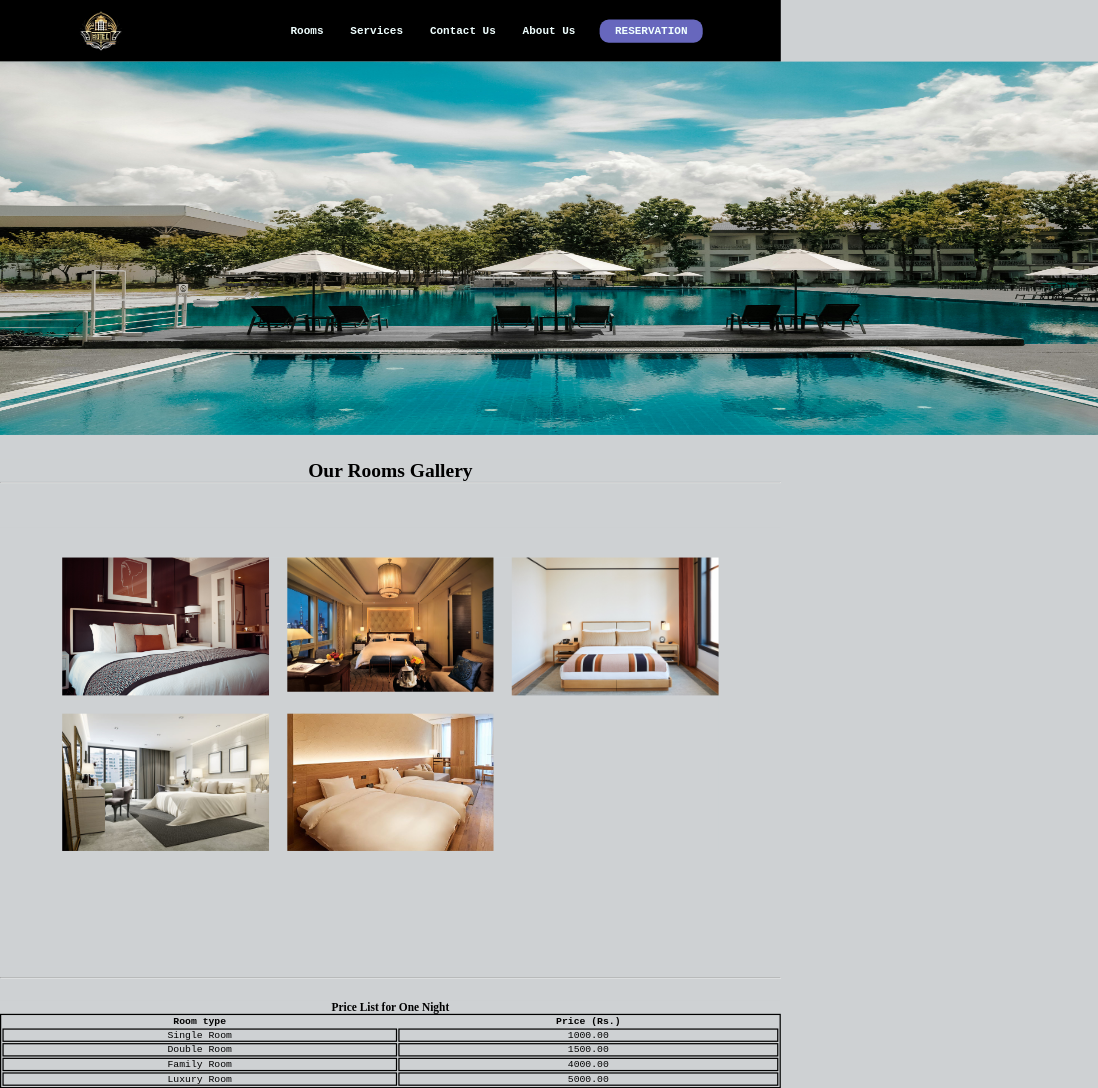
Repository: DhananjayaLakshan/Uom-Web_Design_For_Beginners
Page: Final Assignment/index.html
The author's editor kept a copy of each file at every save. The page is drawn from the files as they stood at one save, then again after the next save.
The browser window is 1280 px wide. The page is 1800 px wide, so the pictures cover 1800 px, including what lies to the right of the window. The pictures show the whole page, at 61% of full size.

Above is the page before, as saved 2023-11-29 14:58:29.

### Final Assignment/index.html
<!DOCTYPE html>
<html lang="en">

<head>
    <meta charset="UTF-8">
    <meta name="viewport" content="width=device-width, initial-scale=1.0">
    <title>Ceylon Hotel</title>

    <link rel="stylesheet" href="style.css">
    <script src="script.js"></script>
</head>

<body>

    <header>
        <img class="logo" src="img/logo.png" alt="logo">

        <nav>
            <ul class="navBar">
                <li>
                    <a href="#"> Rooms</a>
                </li>

                <li>
                    <a href="#"> Services</a>
                </li>

                <li>
                    <a href="#"> Contact Us</a>
                </li>

                <li>
                    <a href="#"> About Us</a>
                </li>
            </ul>
        </nav>

        <a class="button" href="#"> <button>RESERVATION</button> </a>
    </header>

    <img class="coverImg" src="img/hotel-cover.jpg" alt="cover">

    <br><br><br>

    <h1 style="text-align: center;">Our Rooms Gallery</h1>
    <hr><br><br><br><br>

    <div class="container">

        <div class="gallery">
            <img src="img/room1.jpeg" alt="room1">
            <img src="img/room2.jpg" alt="room2">
            <img src="img/room3.jpg" alt="room3">
            <img src="img/room4.jpg" alt="room4">
            <img src="img/room5.jpg" alt="room5">
        </div>

    </div>
    <br>
    <hr><br><br>

    <h3 style="text-align: center;">Price List for One Night</h3>

    <table>

        <tr>
            <th>Room type</th>
            <th>Price (Rs.)</th>
        </tr>

        <tr>
            <td>Single Room</td>
            <td>1000.00</td>

        </tr>

        <tr>
            <td>Double Room</td>
            <td>1500.00</td>

        </tr>

        <tr>
            <td>Family Room</td>
            <td>4000.00</td>
        </tr>


        <tr>
            <td>Luxury Room</td>
            <td>5000.00</td>
        </tr>

    </table>



</body>

</html>

### Final Assignment/style.css
*{
    box-sizing: border-box;
    padding: 0;
    margin: 0;
    background-color: rgb(206, 209, 211);
}

li,a, button{
    font-family: 'Courier New', Courier, monospace;
    font-weight: 600;
    font-size: 18px;
    text-decoration: none;
    color: azure;
}

header{
    display: flex;
    justify-content: flex-end;
    align-items: center;
    padding: 13px 10%;
    background-color:black;

}

.logo{
    width: 75px;
    height: 75px;
    cursor: pointer;
    margin-right: auto;
    background-color: black;
}

.navBar{
    list-style: none;
    background-color: black;
}

.navBar li{
    display: inline-block;
    padding: 0px 20px;
    background-color:black;
}

.navBar li a {
    transition: all 0.3s ease 0s;
    background-color:black;
}

.navBar li a:hover{
    color: red;
}

button{
    padding: 9px 25px;
    background-color:rgb(103, 103, 189);
    border: none;
    border-radius: 15px;
    cursor:pointer;
    transition: all 0.3s ease 0s;
    margin-left: 20px;
}

button:hover{
    background-color: rgb(56, 39, 161);
}

.button{
background-color:black;
}


.cover{
    width: 100px;
    max-height: 500px;
}

.coverImg{
    width: 250vh;
    height: 85vh;
}

.container{
    width: 100%;
    min-height: 100vh;
    align-items:center;
    justify-content: center;
    padding: 50px 8%;
}

.gallery{
    display: grid;
    grid-template-columns: repeat(auto-fit,minmax(250px, 1fr));
    grid-gap: 30px;
}

.gallery img{
    width: 100%;
    transition: all 0.3s ease 0s;
}

.gallery img:hover{
    border: 5px solid blue;
}

table{
    width: 100%;
    font-family: 'Courier New', Courier, monospace;
    border:2px solid black;
}

table td,th{
    text-align: center;
}

table td{
    border:2px solid black;
}

Loaded but not shown: Final Assignment/script.js (no stored copy; drawn as an empty file)

After the next save:
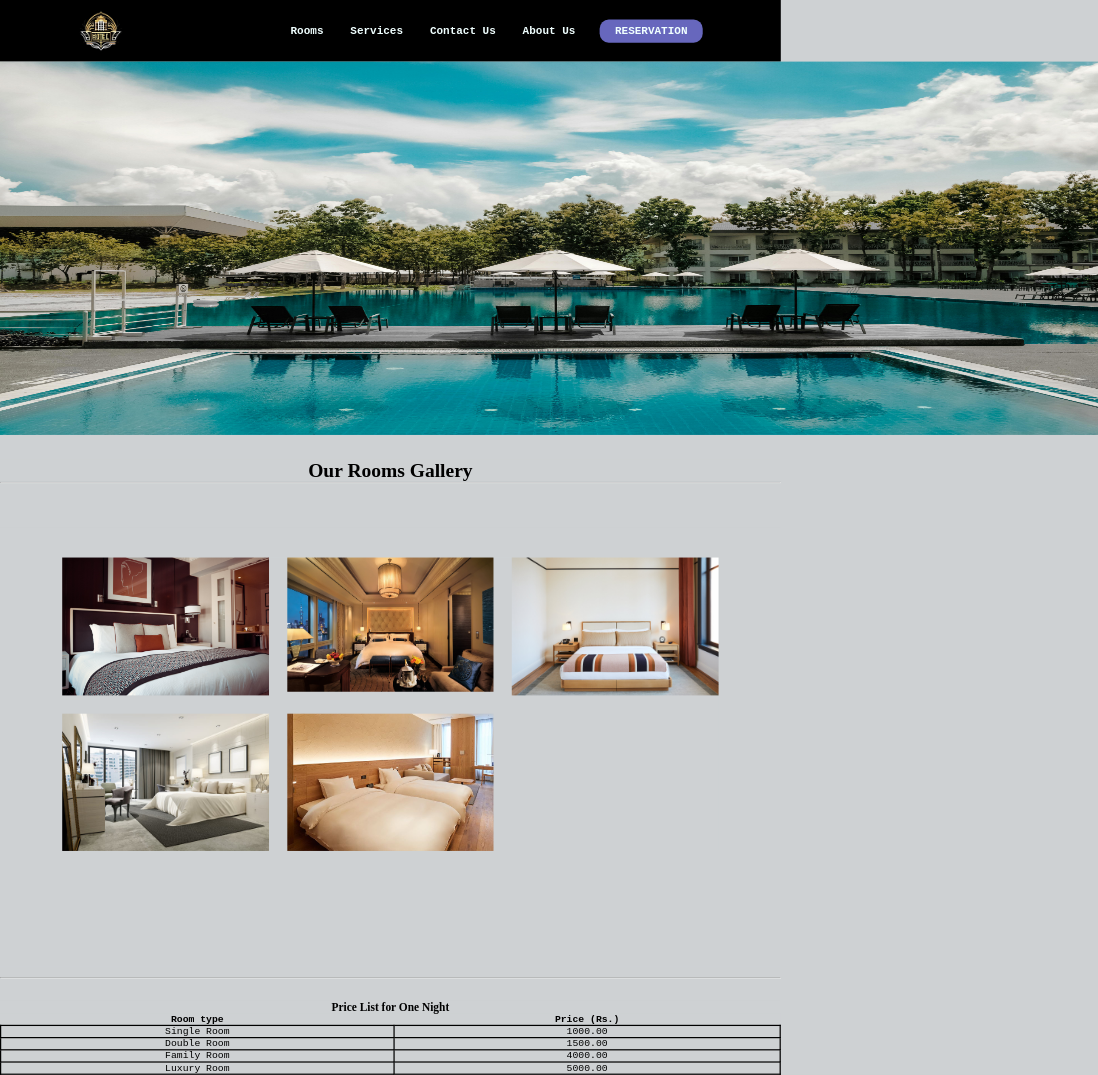
Saved 49 s later.
--- a/Final Assignment/style.css
+++ b/Final Assignment/style.css
@@ -105,7 +105,7 @@ background-color:black;
 table{
     width: 100%;
     font-family: 'Courier New', Courier, monospace;
-    border:2px solid black;
+    border-collapse: collapse;
 }
 
 table td,th{
